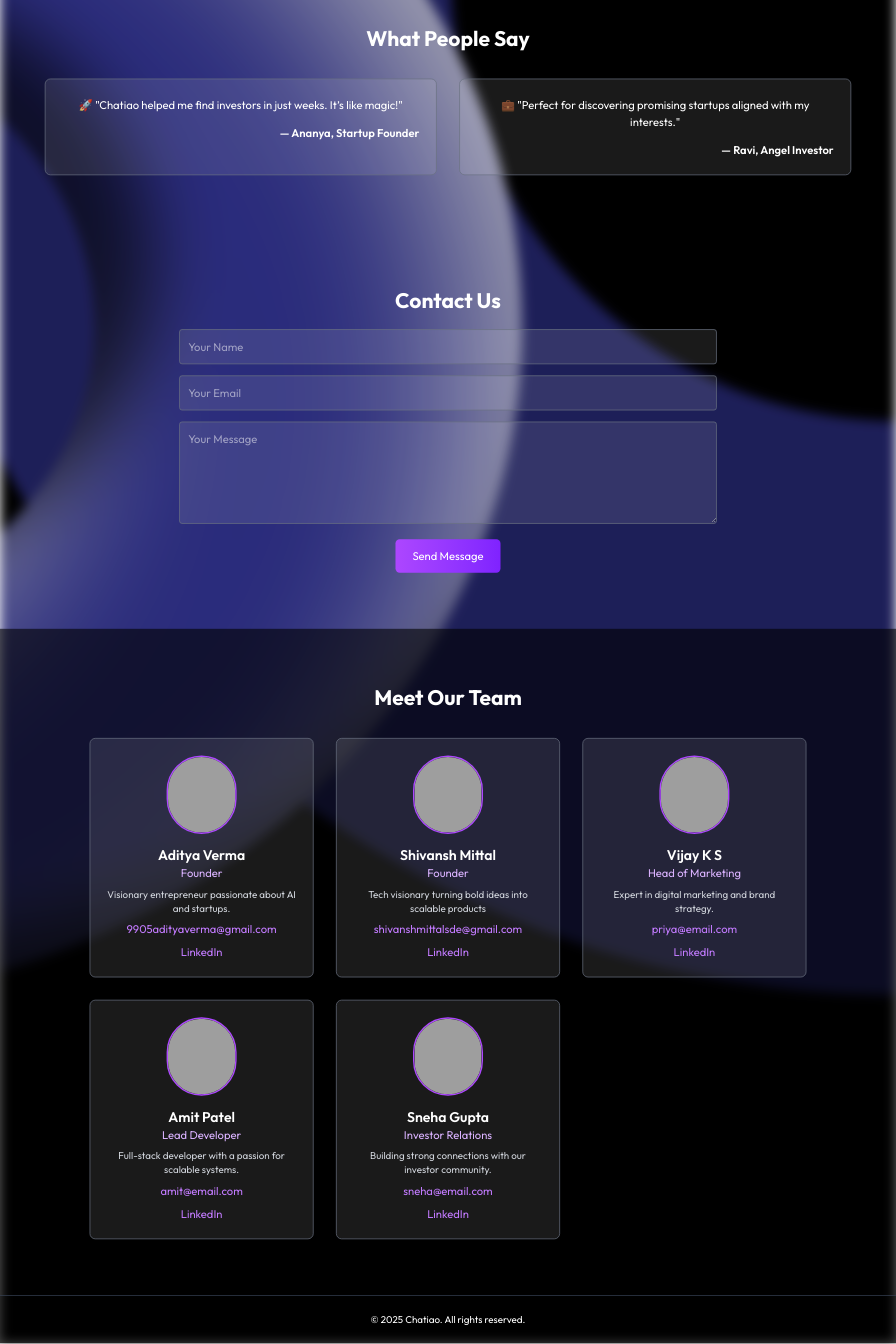
Repository: ishivxnshh/AI-Based-Investor-Startup-Matchmaking-Platform
Page: / (app in client/)
An editor plug-in stored every save of this project. The page is shown before and after the next save, followed by the edit.
The browser window is 1280 px wide. The pictures show the part of the page from y = 1645 to 3565 px (the page is 3565 px tall), at 70% of full size.
Pictures or frames that could not be fetched are drawn as grey boxes. The project was rebuilt for these pictures with package versions that can differ from the ones it lists, and the page was loaded fresh each time. Also part of the build but not shown: client/vite.config.js, client/src/components/ProtectedRoute.jsx, client/src/components/AuthLayout.jsx, client/src/pages/Login.jsx, client/src/pages/Signup.jsx, client/src/pages/InvestorForm.jsx, client/src/pages/Matches.jsx, client/src/lib/util.js and 10 more.

Above is the page before, as saved 2025-07-17 21:01:41.

After the next save:
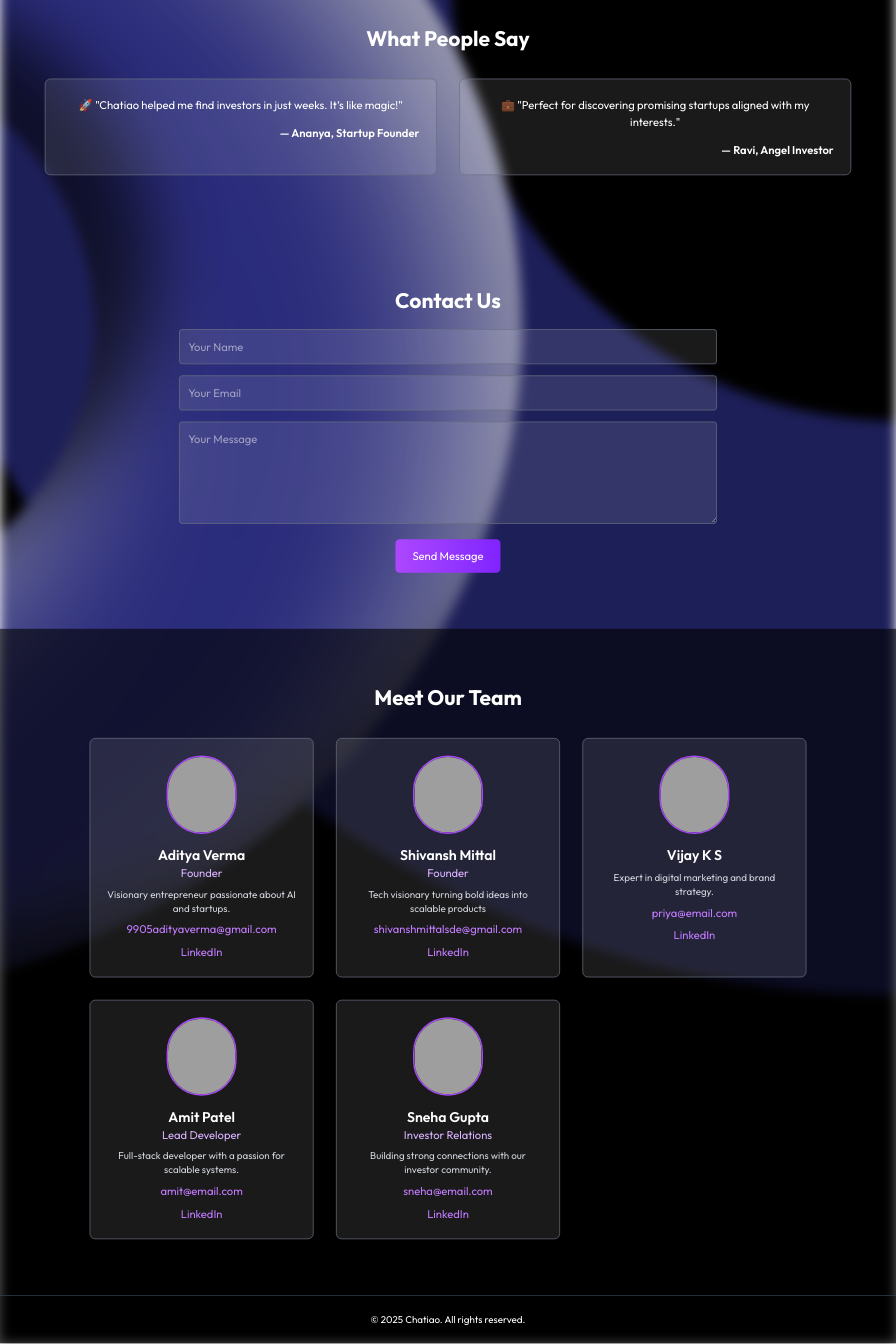
Saved 7 s later.
--- a/client/src/pages/LandingPage.jsx
+++ b/client/src/pages/LandingPage.jsx
@@ -185,7 +185,7 @@
               <div className="bg-white/10 p-6 rounded-lg border border-gray-500 w-full max-w-xs">
                 <img src="https://randomuser.me/api/portraits/women/68.jpg" alt="Priya Singh" className="w-25 h-28 rounded-full mx-auto mb-4 border-2 border-purple-500" />
                 <h3 className="text-xl font-semibold">Vijay K S</h3>
-                <p className="text-purple-300">Head of Marketing</p>
+                <p className="text-purple-300"></p>
                 <p className="text-gray-300 text-sm mt-2">Expert in digital marketing and brand strategy.</p>
                 <a href="mailto:priya@email.com" className="text-purple-400 hover:underline mt-2 block">priya@email.com</a>
                 <a href="https://www.linkedin.com/in/aditya-verma-2a3915289/" className="text-purple-400 hover:underline mt-2 block">LinkedIn</a>
